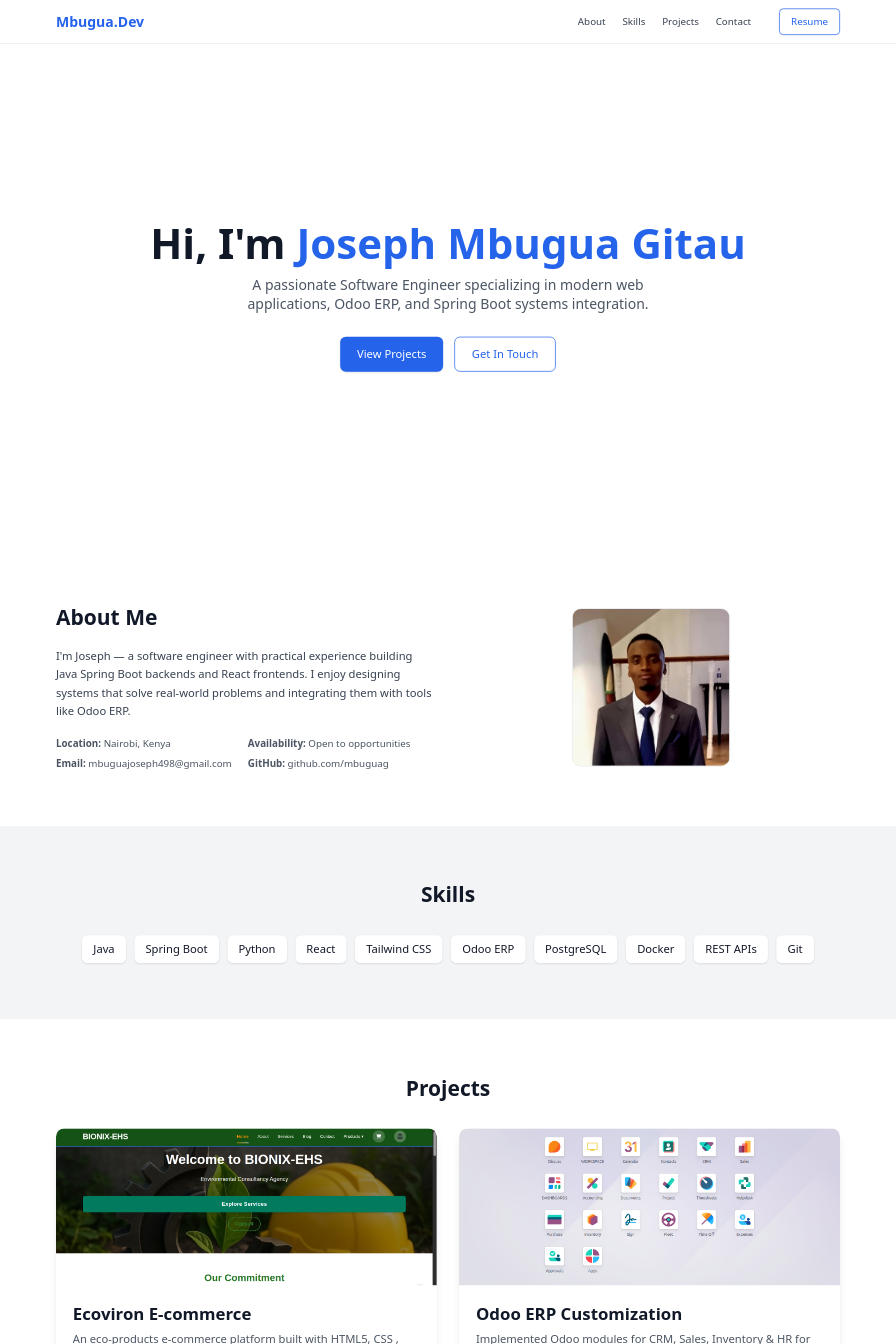
Repository: mbuguag/Portfolio
Page: /
These files come from the project's save history. The page is drawn as it stood at one moment and after the next save; the edit follows.
The browser window is 1280 px wide. The pictures show the part of the page from y = 0 to 1920 px (the page is 2749 px tall), at 70% of full size.
The project was rebuilt for these pictures with package versions that can differ from the ones it lists, and the page was loaded fresh each time. Also part of the build but not shown: vite.config.js.

Above is the page before, as saved 2025-10-24 11:00:28.

After the next save:
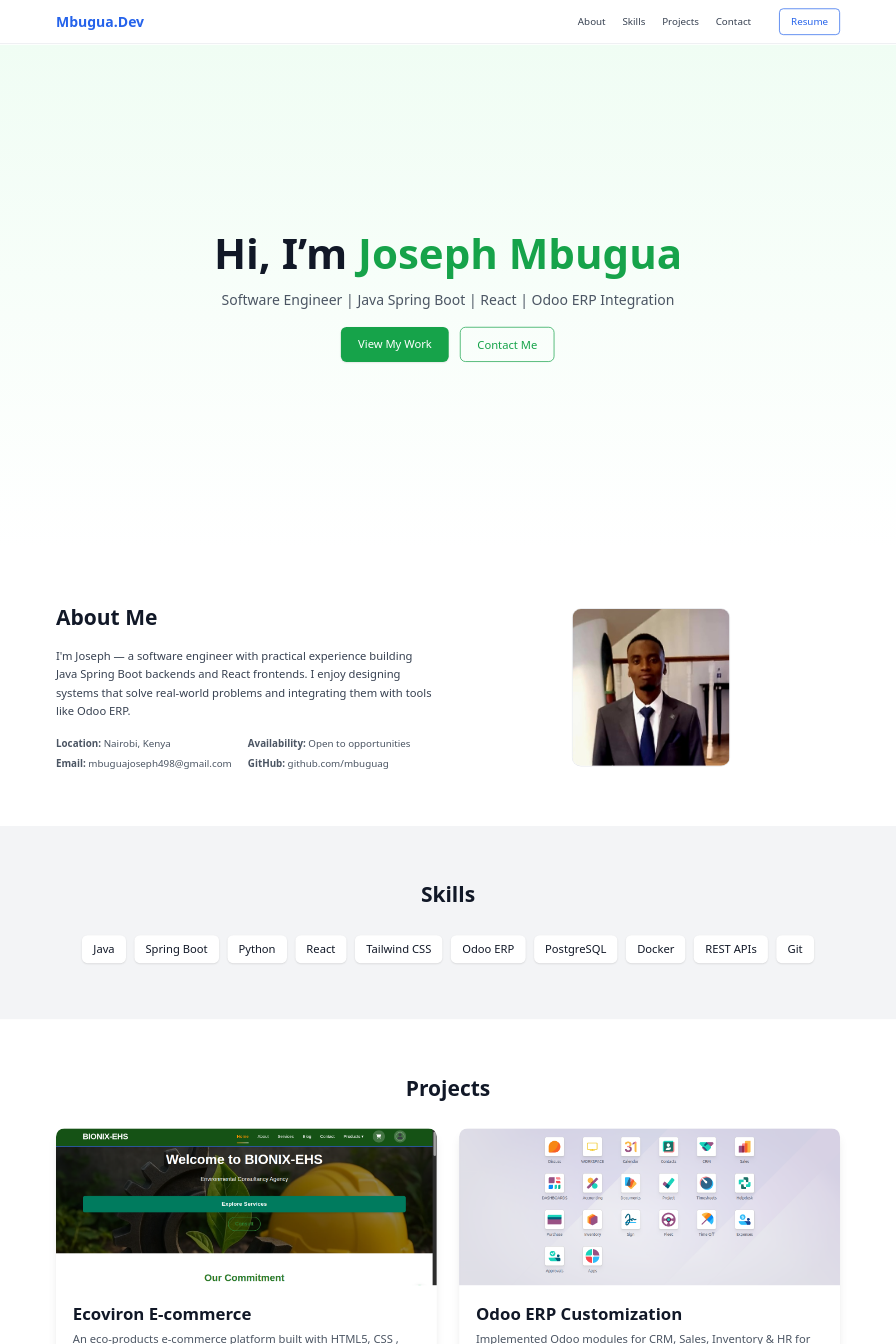
Saved 3 min 25 s later.
--- a/src/components/Hero.jsx
+++ b/src/components/Hero.jsx
@@ -1,15 +1,29 @@
+import React from "react";
+
 export default function Hero() {
   return (
-    <section id="home" className="flex flex-col items-center justify-center text-center min-h-screen px-6">
-      <h1 className="text-4xl sm:text-6xl font-bold mb-4">
-        Hi, I'm <span className="text-blue-600">Joseph Mbugua Gitau</span>
-      </h1>
-      <p className="text-lg sm:text-xl text-gray-600 dark:text-gray-300 max-w-2xl">
-        A passionate Software Engineer specializing in modern web applications, Odoo ERP, and Spring Boot systems integration.
-      </p>
-      <div className="mt-8 flex gap-4">
-        <a href="#projects" className="px-6 py-3 bg-blue-600 text-white rounded-lg shadow hover:bg-blue-700 transition">View Projects</a>
-        <a href="#contact" className="px-6 py-3 border border-blue-600 text-blue-600 rounded-lg hover:bg-blue-600 hover:text-white transition">Get In Touch</a>
+    <section id="home" className="min-h-screen flex items-center justify-center bg-gradient-to-b from-green-50 to-white dark:from-gray-900 dark:to-gray-800">
+      <div className="text-center space-y-6 px-6">
+        <h1 className="text-4xl md:text-6xl font-extrabold text-gray-900 dark:text-white">
+          Hi, I’m <span className="text-green-600 dark:text-green-400">Joseph Mbugua</span>
+        </h1>
+        <p className="text-lg md:text-xl text-gray-600 dark:text-gray-300">
+          Software Engineer | Java Spring Boot | React | Odoo ERP Integration
+        </p>
+        <div className="flex justify-center gap-4">
+          <a
+            href="#projects"
+            className="bg-green-600 text-white px-6 py-3 rounded-lg shadow hover:bg-green-700 transition"
+          >
+            View My Work
+          </a>
+          <a
+            href="#contact"
+            className="border border-green-600 text-green-600 dark:text-green-400 px-6 py-3 rounded-lg hover:bg-green-600 hover:text-white transition"
+          >
+            Contact Me
+          </a>
+        </div>
       </div>
     </section>
   );
